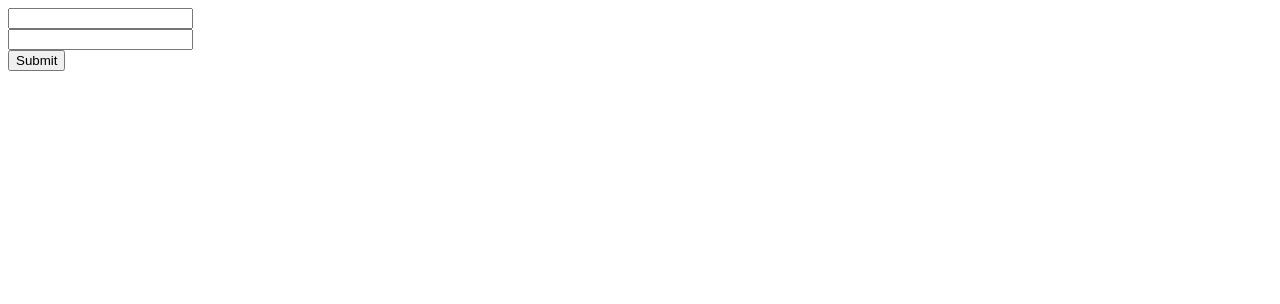
Repository: shreyanshig/Springboot
Page: http://localhost/DatabaseJpa/home.jsp
An editor plug-in stored every save of this project. The page is shown before and after the next save, followed by the edit.
The browser window is 1280 px wide. The pictures show the whole page.
The page is served by Tomcat 9. Other server files are loaded and not shown.

Above is the page before, as saved 2023-03-21 13:50:13.

### DatabaseJpa/src/main/webapp/home.jsp
<%@ page language="java" contentType="text/html; charset=ISO-8859-1"
    pageEncoding="ISO-8859-1"%>
<!DOCTYPE html>
<html>
<head>
<meta charset="ISO-8859-1">
<title>Insert title here</title>
</head>
<body>
	<form action="addpeople">
		<input type="text" name="pid"><br>
		<input type="text" name="pname"><br>
		<input type="submit"><br>
	</form>
</body>
</html>

After the next save:
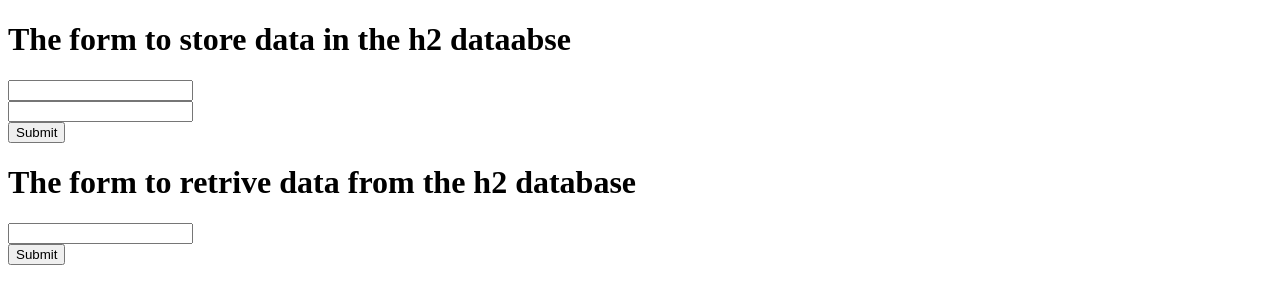
Saved 26 h 3 min later.
--- a/DatabaseJpa/src/main/webapp/home.jsp
+++ b/DatabaseJpa/src/main/webapp/home.jsp
@@ -7,10 +7,16 @@
 <title>Insert title here</title>
 </head>
 <body>
+	<h1>The form to store data in the h2 dataabse</h1>
 	<form action="addpeople">
 		<input type="text" name="pid"><br>
 		<input type="text" name="pname"><br>
 		<input type="submit"><br>
 	</form>
+	<h1>The form to retrive data from the h2 database</h1>
+	<form>
+		<input type="text"><br>
+		<input type="submit">
+	</form>
 </body>
 </html>
